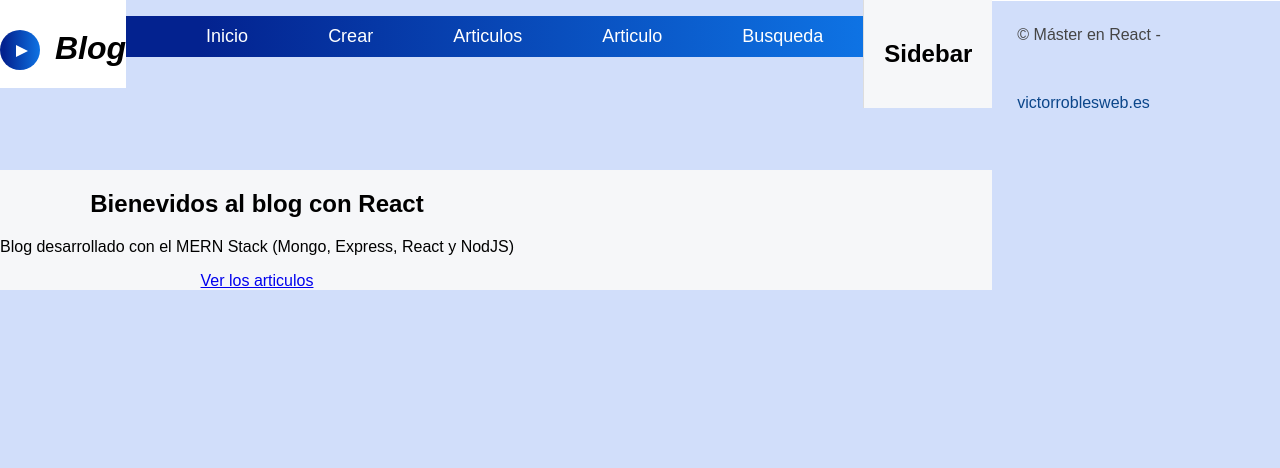
Repository: DamianBermudez94/frondEnd-blog
Page: /
The author's editor kept a copy of each file at every save. The page is drawn from the files as they stood at one save, then again after the next save.
The browser window is 1280 px wide. The pictures show the whole page.
The project was rebuilt for these pictures with package versions that can differ from the ones it lists, and the page was loaded fresh each time. Also part of the build but not shown: vite.config.js, src/components/pages/Busqueda.jsx, src/components/pages/Crear.jsx, src/components/pages/Articulos.jsx, src/components/pages/Articulo.jsx.

Above is the page before, as saved 2023-08-07 22:37:43.

After the next save:
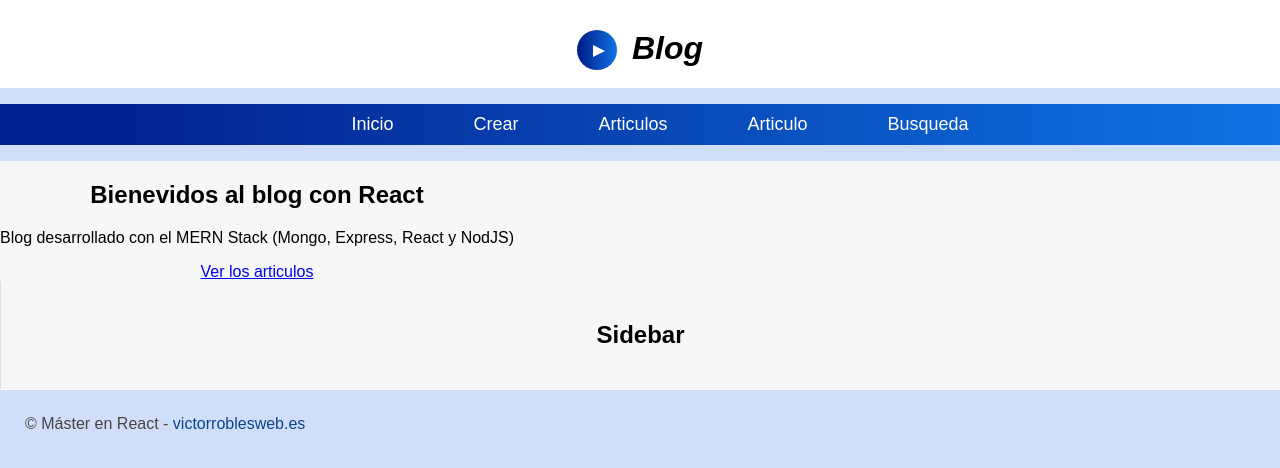
Saved 3 min 20 s later.
--- a/src/App.jsx
+++ b/src/App.jsx
@@ -6,7 +6,7 @@ function App() {
 
 
   return (
-    <div className="layout">
+    <div >
       <Rutas></Rutas>
     </div>
   )

After the save that followed:
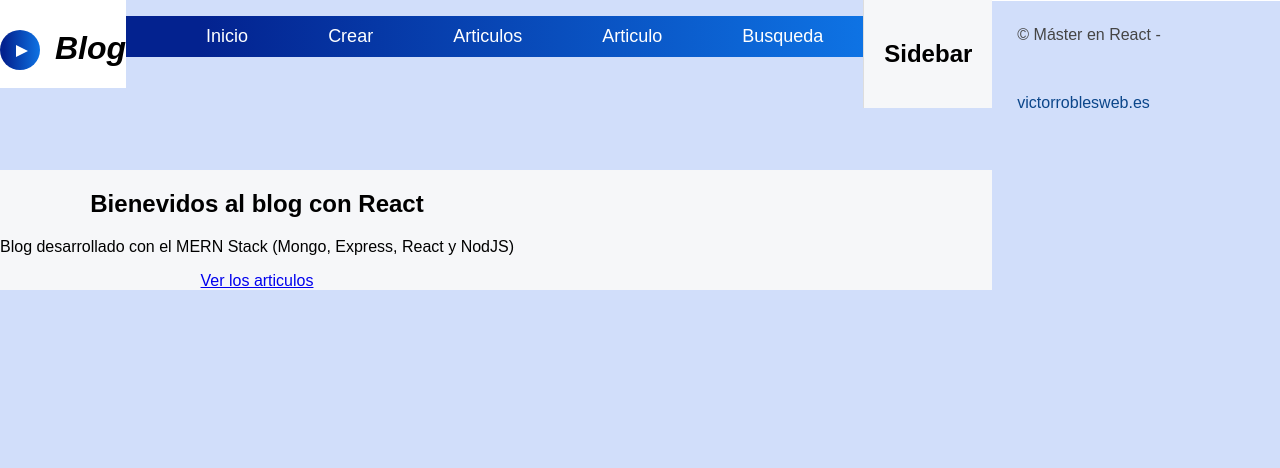
Saved 7 s later.
--- a/src/router/rutas.jsx
+++ b/src/router/rutas.jsx
@@ -14,6 +14,7 @@ import { Sidebar } from "../components/layout/Sidebar";
 export const Rutas = ()=>{
 
     return(
+        <div className="layout">
         <BrowserRouter>
             {/*Layout*/}
             <Header></Header>
@@ -32,6 +33,7 @@ export const Rutas = ()=>{
             <Sidebar/>
             <Footer></Footer>
         </BrowserRouter>
+        </div>
     )
 
 }
